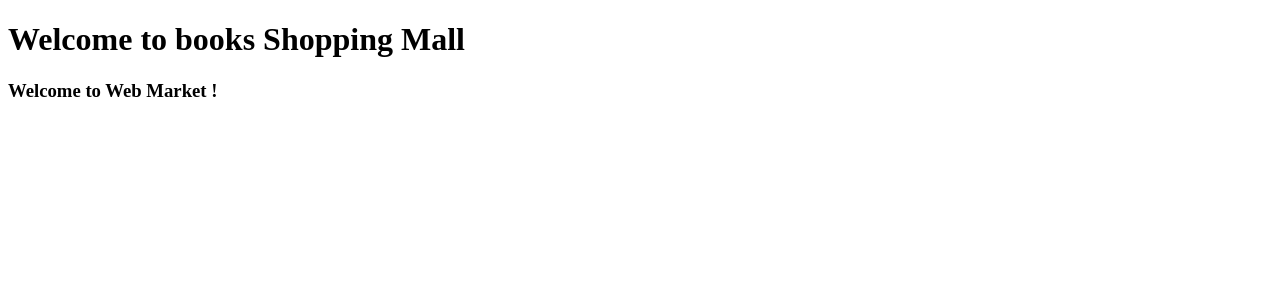
Repository: man332414/myJspStudy
Page: http://localhost/bookmarket/
The author's editor kept a copy of each file at every save. The page is drawn from the files as they stood at one save, then again after the next save.
The browser window is 1280 px wide. The pictures show the whole page.
The page is served by Tomcat 10. Other server files are loaded and not shown.

Above is the page before, as saved 2024-10-07 06:47:06.

### bookmarket/src/main/webapp/welcome.jsp
<%@ page language="java" contentType="text/html; charset=UTF-8"
    pageEncoding="UTF-8"%>
<!DOCTYPE html>
<html>
<head>
<meta charset="UTF-8">
<title>welcome</title>
</head>
<body>
	<h1>Welcome to books Shopping Mall</h1>
	<h3>Welcome to Web Market !</h3>
</body>
</html>

After the next save:
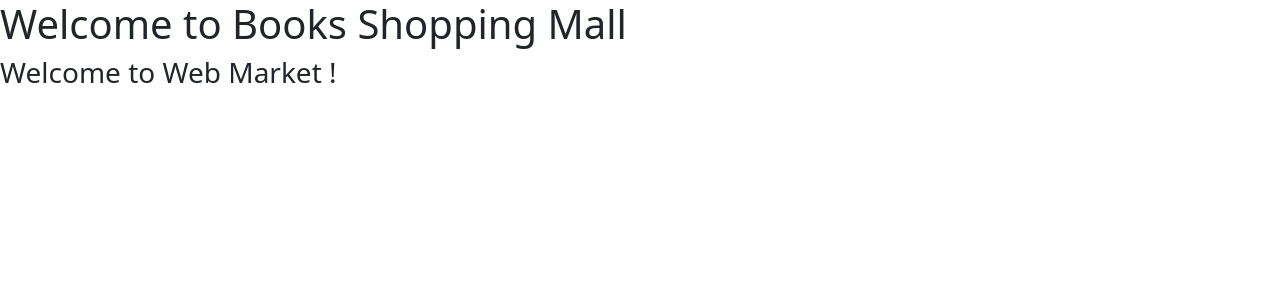
Saved 19 h 38 min later.
--- a/bookmarket/src/main/webapp/welcome.jsp
+++ b/bookmarket/src/main/webapp/welcome.jsp
@@ -3,11 +3,17 @@
 <!DOCTYPE html>
 <html>
 <head>
+	<link href = "https://cdn.jsdelivr.net/npm/bootstrap@5.3.1/dist/css/
+	bootstrap.min.css" rel = "stylesheet">
 <meta charset="UTF-8">
-<title>welcome</title>
+<title>Welcome</title>
 </head>
 <body>
-	<h1>Welcome to books Shopping Mall</h1>
-	<h3>Welcome to Web Market !</h3>
+	<%!
+		String greeting = "Welcome to Books Shopping Mall";
+		String tagline = "Welcome to Web Market !";
+	%>
+	<h1><%=greeting %></h1>
+	<h3><%=tagline %></h3>
 </body>
 </html>
